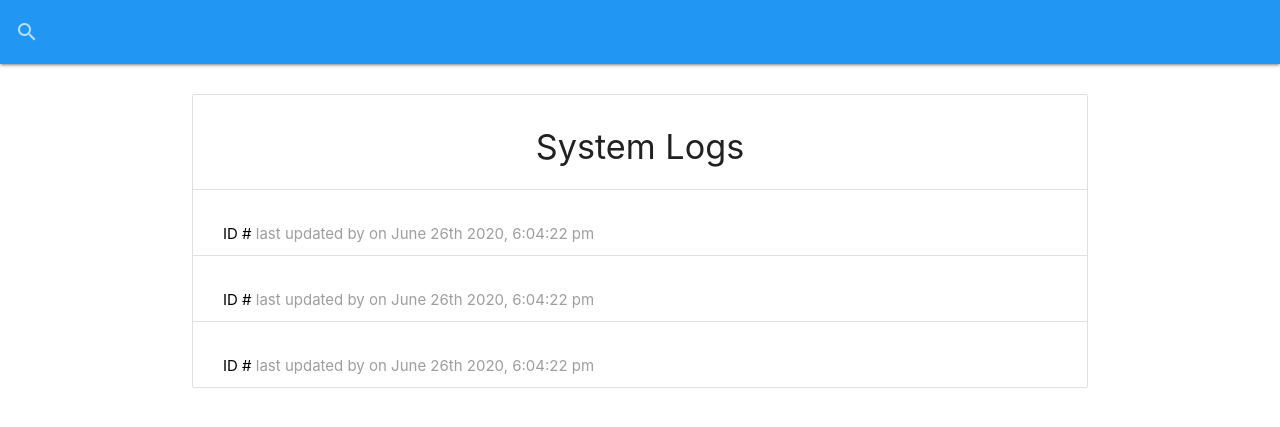
Repository: chinmayparab/log-keeper
Page: /
These files come from the project's save history. The page is drawn as it stood at one moment and after the next save; the edit follows.
The browser window is 1280 px wide. The pictures show the whole page.
The project was rebuilt for these pictures with package versions that can differ from the ones it lists, and the page was loaded fresh each time. Requests to the local data server were answered from the project's data file. Also part of the build but not shown: src/App.css.

Above is the page before, as saved 2020-06-26 23:57:03.

### public/index.html
<!DOCTYPE html>
<html lang="en">
  <head>
    <meta charset="utf-8" />
    <link rel="icon" href="%PUBLIC_URL%/favicon.ico" />
    <meta name="viewport" content="width=device-width, initial-scale=1" />
    <meta name="theme-color" content="#000000" />
    <meta
      name="description"
      content="Web site created using create-react-app"
    />
    <link rel="apple-touch-icon" href="%PUBLIC_URL%/logo192.png" />
    <link
      href="https://fonts.googleapis.com/icon?family=Material+Icons"
      rel="stylesheet"
    />
    <link rel="manifest" href="%PUBLIC_URL%/manifest.json" />
    <title>System Logger</title>
  </head>
  <body>
    <noscript>You need to enable JavaScript to run this app.</noscript>
    <div id="root"></div>
  </body>
</html>

### src/App.js
import React, { Fragment, useEffect } from "react";
import SearchBar from "./components/layout/SearchBar";
import Logs from "./components/logs/Logs";
import "materialize-css/dist/css/materialize.min.css";
import M from "materialize-css/dist/js/materialize.min.js";
import "./App.css";

const App = () => {
  useEffect(() => {
    M.AutoInit();
  });

  return (
    <Fragment>
      <SearchBar />
      <div className='container'>
        <Logs />
      </div>
    </Fragment>
  );
};

export default App;

### src/components/layout/SearchBar.js
import React from "react";

const SearchBar = () => {
  return (
    <nav style={{ marginBottom: "30px" }} className='blue'>
      <div className='nav-wrapper'>
        <form>
          <div className='input-field'>
            <input id='search' type='search' />
            <label className='label-icon' hmtlFor='search'>
              <i className='material-icons'>search</i>
            </label>
            <i className='material-icons'>close</i>
          </div>
        </form>
      </div>
    </nav>
  );
};

export default SearchBar;

### src/components/logs/Logs.js
import React, { useState, useEffect } from "react";
import LogItem from "./LogItem";

const Logs = () => {
  const [logs, setLogs] = useState([]);
  const [loading, setLoading] = useState(false);

  useEffect(() => {
    getLogs();
    //eslint-disable-next=line
  }, []);

  const getLogs = async () => {
    setLoading(true);
    const res = await fetch("/logs");
    const data = await res.json();

    setLogs(data);
    setLoading(false);
  };

  if (loading) {
    return <h4>Loading...</h4>;
  }

  return (
    <div>
      <ul className='collection with-header'>
        <li className='collection-header'>
          <h4 className='center'>System Logs</h4>
        </li>
        {!loading && logs.length === 0 ? (
          <p className='center'>No logs to show...</p>
        ) : (
          logs.map((log) => <LogItem log={log} key={log.id} />)
        )}
      </ul>
    </div>
  );
};

export default Logs;

### src/components/logs/LogItem.js
import React from "react";
import Moment from "react-moment";
import PropTypes from "prop-types";

const LogItem = (log) => {
  return (
    <li className='collection-item'>
      <div>
        <a
          href='#edit-log-modal'
          className={`modal-trigger ${log.attention ? "re-text" : "blue-text"}`}
        >
          {log.message}
        </a>
        <br />
        <span className='grey-text'>
          <span className='black-text'>ID #{log.id}</span> last updated by {""}
          <span className='black-text'>{log.tech}</span> on{" "}
          <Moment format='MMMM Do YYYY, h:mm:ss a'>{log.date}</Moment>
        </span>
      </div>
    </li>
  );
};

LogItem.propTypes = {
  log: PropTypes.object.isRequired,
};

export default LogItem;

### db.json
{
  "logs": [
    {
      "id": 1,
      "message": "Changed stuff",
      "attention": false,
      "date": "07-12-2018",
      "tech": "Lil Pete"
    },
    {
      "id": 2,
      "message": "Didint do shiz",
      "attention": true,
      "date": "04-11-2018",
      "tech": "Skinny Badger"
    },
    {
      "id": 3,
      "message": "Modified and edited stuff",
      "attention": true,
      "date": "27-12-2018",
      "tech": "Jene Grey"
    }
  ],
  "techs": [
    {
      "id": 1,
      "firstName": "Lil",
      "lastName": "Pete"
    },
    {
      "id": 3,
      "firstName": "Skinny",
      "lastName": "Badger"
    },
    {
      "id": 3,
      "firstName": "Jene",
      "lastName": "Grey"
    }
  ]
}

Loaded but not shown: src/index.js (common file)

After the next save:
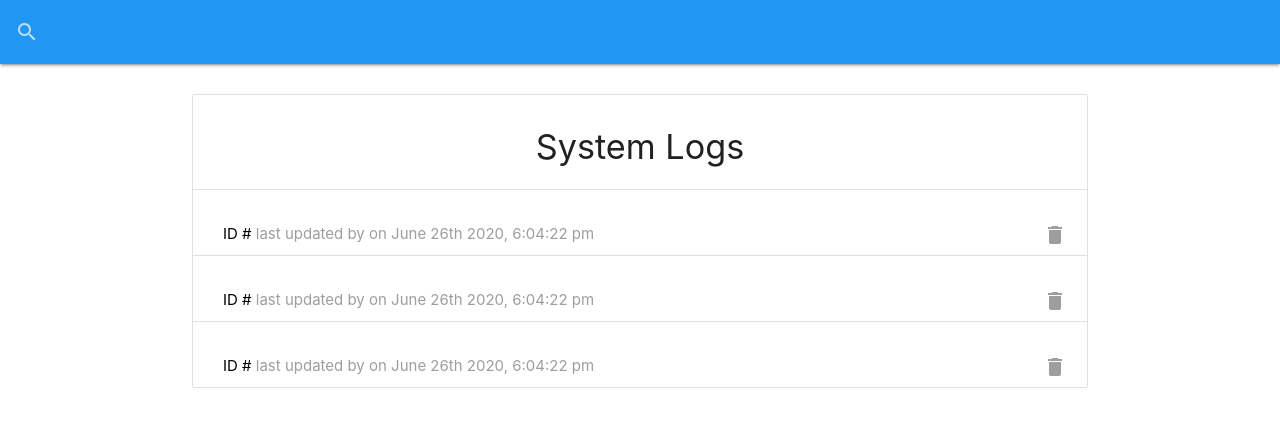
Saved 57 s later.
--- a/src/components/logs/LogItem.js
+++ b/src/components/logs/LogItem.js
@@ -18,6 +18,9 @@ const LogItem = (log) => {
           <span className='black-text'>{log.tech}</span> on{" "}
           <Moment format='MMMM Do YYYY, h:mm:ss a'>{log.date}</Moment>
         </span>
+        <a href='#!' className='secondary-content'>
+          <i className='material-icons grey-text'>delete</i>
+        </a>
       </div>
     </li>
   );
